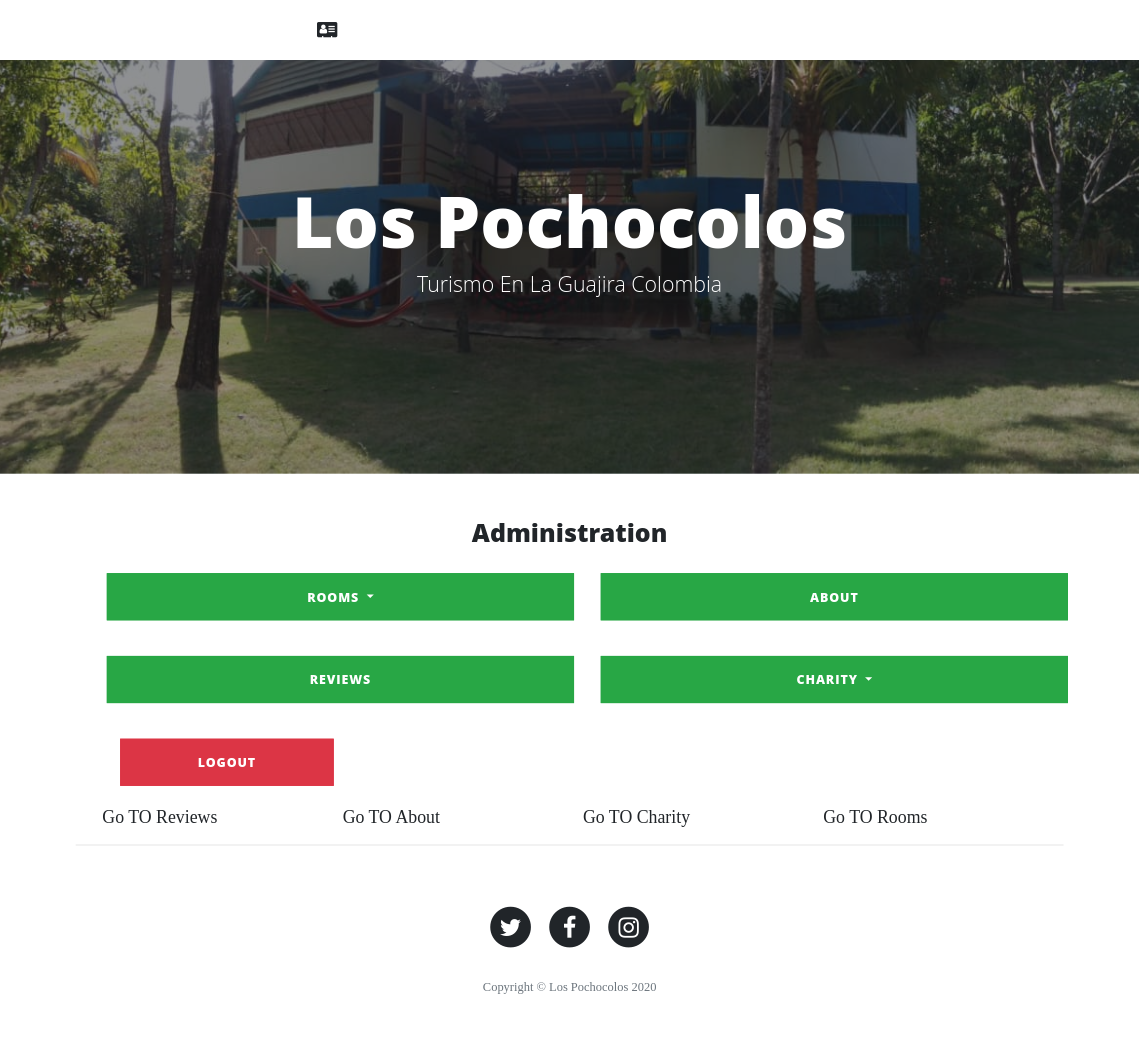
Repository: cachimiro/los-pochoclos
Page: http://localhost/admin
The author's editor kept a record of every edit. The page is drawn from the files as they stood at one moment, then again after the next edit.
The browser window is 1280 px wide. The pictures show the whole page, at 89% of full size.
Some web libraries are served in a nearby version. The page is served by the project's application, run on Flask 3 (run.py). Other server files are loaded and not shown.

Above is the page before.
Console error: ReferenceError: emailjs is not defined

### templates/admin.html
<style>
.btn-link{
  color: black !important;
  text-decoration: none !important;
  text-align: center!important;
}
.btn-link:hover{
  color: grey !important;
}
a{
  text-align: left!important;
}


.btn{
  width: 100% !important;
  margin:20px !important;
  text-align: center;
}
#dropdownMenuButton{
 width: 100%;
  margin:20px;
  text-align: center;
}
#style-bottom-links{
  text-decoration: none;
}
#style-bottom-links:hover{
  color: #20cad2;
}
h3{
  text-align: center;

}


</style>
{% extends 'base.html' %} {% block content %}
<h3> Administration </h3>
<div class="container">
  <div class="row">
    <div class="col-sm-12 col-md-6 col-lg-6">
      <div class="dropdown">
  <button class="btn btn-success dropdown-toggle text-wrap" type="button" id="dropdownMenuButton" data-toggle="dropdown" aria-haspopup="true" aria-expanded="false">
   Rooms
  </button>
  <div class="dropdown-menu" aria-labelledby="dropdownMenuButton">
    <a class="dropdown-item" href="{{ url_for('update_room_data') }}">Fan Rooms</a>
    <a class="dropdown-item" href="{{ url_for('update_room_ac') }}">A.C Rooms</a>
    <a class="dropdown-item" href="{{ url_for('update_room_cabin') }}">Cabin</a>
    <a class="dropdown-item" href="{{ url_for('update_room_camp') }}">Camping</a>
  </div>
</div>
    </div>
    <a href="{{ url_for('update_about_data') }}">
    <div class="col-sm-12 col-md-6 col-lg-6">
      <button type="button" class="btn btn-success text-wrap" >About</button>
      </a>
    </div>


     <a href="{{ url_for('Admin_update_reviews') }}">
    <div class="col-sm-12 col-md-6 col-lg-6">
      <button type="button" class="btn btn-success text-wrap" >Reviews</button>
      </a>
    </div>

     <div class="col-sm-12 col-md-6 col-lg-6">
      <div class="dropdown">
    <button class="btn btn-success dropdown-toggle text-wrap" type="button" id="dropdownMenuButton" data-toggle="dropdown" aria-haspopup="true" aria-expanded="false">
   Charity
  </button>
  <div class="dropdown-menu" aria-labelledby="dropdownMenuButton">
    <a class="dropdown-item" href="{{ url_for('update_charity_info') }}">Main title</a>
    <a class="dropdown-item" href="{{ url_for('update_charity_info_1') }}">Why we do it</a>
    <a class="dropdown-item" href="{{ url_for('update_charity_info_2') }}">How we do it section</a>
  </div>
</div>

  </div>
</div>
 <div class="col-sm-6 col-md-3 col-lg-3">
<a href="{{ url_for('logout') }}">
<button type="button" class="btn btn-danger text-wrap" id="centre" >Logout</button>
</a>
</div>
<div class="container">
  <div class="row">
    <div class="col-sm-6 col-md-3 col-lg-3 ">
      <a href="{{ url_for('get_reviews') }}" id="style-bottom-links">Go TO Reviews</a>
    </div>
     <div class="col-sm-6 col-md-3 col-lg-3">
      <a href="{{ url_for('about') }}"id="style-bottom-links">Go TO About</a>
    </div>
     <div class="col-sm-6 col-md-3 col-lg-3">
      <a href="{{ url_for('charity') }}"id="style-bottom-links">Go TO Charity</a>
    </div>
     <div class="col-sm-6 col-md-3 col-lg-3">
      <a href="{{ url_for('rooms') }}"id="style-bottom-links">Go TO Rooms</a>
    </div>
  </div>
</div>
{% for message in get_flashed_messages() %}
{{ message }}
{% endfor %}

{% endblock %}

### templates/base.html
<!DOCTYPE html>
<html lang="en">
<head>
    <meta charset="UTF-8">
    <meta name="viewport" content="width=device-width, initial-scale=1.0">
    <meta http-equiv="X-UA-Compatible" content="ie=edge">
    <link href="https://stackpath.bootstrapcdn.com/font-awesome/4.7.0/css/font-awesome.min.css" rel="stylesheet" integrity="sha384-wvfXpqpZZVQGK6TAh5PVlGOfQNHSoD2xbE+QkPxCAFlNEevoEH3Sl0sibVcOQVnN" crossorigin="anonymous">
    <link href="{{ url_for('static', filename='vendor/bootstrap/css/bootstrap.min.css') }}" rel="stylesheet">
    <link rel="stylesheet" href="{{ url_for('static', filename='css/clean-blog.min.css') }}" type="text/css" />
    <link rel="stylesheet" href="{{ url_for('static', filename='css/style.css') }}" type="text/css" />
    <title>Los Pochocolos</title>
    <script type="text/javascript" src="https://cdn.jsdelivr.net/npm/emailjs-com@2.3.2/dist/email.min.js"></script>
<script type="text/javascript" src="//ajax.googleapis.com/ajax/libs/jquery/2.1.1/jquery.min.js"></script>

<script type="text/javascript" src="https://cdn.jsdelivr.net/npm/emailjs-com@2.3.2/dist/email.min.js"></script>
<script type="text/javascript">
   (function(){
      emailjs.init("user_UmSeo27b55xmNHfUBgKB0");
   })();
</script>
</head>
<body>

    <!-- Navigation -->
    <nav class="navbar navbar-expand-lg navbar-light fixed-top" id="mainNav">
        <div class="container">
            <a class="navbar-brand" href="{{url_for('index') }}">Finca Los Pochocolos</a>
            <!--login for admin-->
            <a id="staff" href="{{url_for('log') }}" >
            <i class="fa fa-address-card"></i>
            </a>



            <button class="navbar-toggler navbar-toggler-right" type="button" data-toggle="collapse" data-target="#navbarResponsive" aria-controls="navbarResponsive" aria-expanded="false" aria-label="Toggle navigation">
          Menu
          <i class="fa fa-bars"></i>
        </button>
            <div class="collapse navbar-collapse" id="navbarResponsive">
                <ul class="navbar-nav ml-auto">
                    <li class="nav-item">
                        <a class="nav-link" href="{{ url_for('index') }}">Home</a>
                    </li>
                    <li class="nav-item">
                        <a class="nav-link" href="{{ url_for('rooms') }}">Rooms</a>
                    </li>
                    <li class="nav-item">
                        <a class="nav-link" href="{{ url_for('about') }}">About</a>
                    </li>
                    <li class="nav-item">
                        <a class="nav-link" href="{{ url_for('contact') }}">Contact</a>
                    </li>
                       <li class="nav-item">
                        <a class="nav-link" href="{{ url_for('charity') }}">Charity</a>
                    </li>
                </ul>
            </div>
        </div>
    </nav>

    <!-- Page Header -->
   <!--- <header class="masthead" style="background-image: url('https://berakatours.com/wp-content/uploads/2017/09/Avistamiento-Aves-Colombia.jpg')">----->
          <header class="masthead" style="background-image: url('../static/img/casa-pano.jpg')">
        <div class="overlay"></div>
        <div class="container">
            <div class="row">
                <div class="col-lg-8 col-md-10 mx-auto">
                    <div class="site-heading">
                         <h1>Los Pochocolos</h1>
                        <span class="subheading">Turismo En La Guajira Colombia</span>
                    </div>
                </div>
            </div>
        </div>
    </header>

    <!-- Main Content -->
    <div class="container">
        {% block content %} {% endblock %}
    </div>

    <hr>

    <!-- Footer -->
    <footer>
        <div class="container">
            <div class="row">
                <div class="col-lg-8 col-md-10 mx-auto">
                    <ul class="list-inline text-center">
                        <li class="list-inline-item">
                            <a href="#">
                                <span class="fa-stack fa-lg">
                    <i class="fa fa-circle fa-stack-2x"></i>
                    <i class="fa fa-twitter fa-stack-1x fa-inverse"></i>
                  </span>
                            </a>
                        </li>
                        <li class="list-inline-item">
                            <a href="#">
                                <span class="fa-stack fa-lg">
                    <i class="fa fa-circle fa-stack-2x"></i>
                    <i class="fa fa-facebook fa-stack-1x fa-inverse"></i>
                  </span>
                            </a>
                        </li>
                        <li class="list-inline-item">
                            <a href="#">
                                <span class="fa-stack fa-lg">
                    <i class="fa fa-circle fa-stack-2x"></i>
                    <i class="fa fa-instagram fa-stack-1x fa-inverse"></i>
                  </span>
                            </a>



                        </li>
                    </ul>
                    <p class="copyright text-muted">Copyright &copy; Los Pochocolos 2020</p>
                </div>
            </div>
        </div>
    </footer>

    <!-- Bootstrap core JavaScript -->
    <script src="{{ url_for('static', filename='vendor/jquery/jquery.min.js') }}"></script>
    <script src="{{ url_for('static', filename='vendor/bootstrap/js/bootstrap.bundle.min.js') }}"></script>

    <!-- Custom scripts for this template -->
    <script src="{{ url_for('static', filename='js/clean-blog.min.js') }}"></script>

    <!--my js code-->
     <script type="text/javascript" src="https://cdnjs.cloudflare.com/ajax/libs/jquery/3.4.1/jquery.min.js"></script>

     <script src="{{ url_for('static', filename='js/main.js') }}"></script>






</body>
</html>

### run.py
import os
import json
import click
from flask import Flask, render_template, request,redirect, flash, url_for, session
from flask_pymongo import PyMongo
from bson.objectid import ObjectId
from functools import wraps



app = Flask(__name__)
app.config["MONGO_DBNAME"] = 'reviews'
app.config["MONGO_URI"] = "mongodb+srv://root:Johann@myfirstcluster-ugp0n.mongodb.net/reviews?retryWrites=true&w=majority"

mongo = PyMongo(app)
app.secret_key = "cachimiro"



@app.route('/')
def index():
    return render_template("index.html")


# code to be ble to see reviews
@app.route('/view_reviews')
def get_reviews():
    return render_template("reviews.html", opinions=mongo.db.opinion.find())



        # TODO: write code...
# this line of code will allow costumesr to add reviews
@app.route('/add_review')
def add_review():
    return render_template('add-reviews.html')


@app.route('/add_review', methods=['POST'])
def insert_reviews():
    reviews = mongo.db.opinion
    reviews.insert_one(request.form.to_dict())
    return redirect(url_for('get_reviews'))

# code for conecting templates


@app.route('/about')
def about():
    data = []
    with open("data/company.json", "r") as json_data:
        data = json.load(json_data)
    return render_template("about.html",company=data, abouts=mongo.db.about.find())
# code to be able so the costumer can edit the about section

@app.route('/update_about')
def update_about_data():
    return render_template("admin-about.html", abouts=mongo.db.about.find())


@app.route('/update_about/<about_id>', methods=["POST"])
def update_about(about_id):
    about = mongo.db.about
    about.update( {'_id': ObjectId(about_id)},
    {
        'title':request.form.get('title'),
        'subject': request.form.get('subject'),

    })
    return redirect(url_for('Admin_update_reviews_and_more'))

@app.route('/about/<member_name>')
def about_member(member_name):
    member = {}

    with open("data/company.json", "r") as json_data:
        data = json.load(json_data)
        for obj in data:
            if obj["url"] == member_name:
                member = obj

    return render_template("member.html", member=member)




@app.route('/contact')
def contact():
 return render_template("contact.html", page_title="Contact",)


@app.route('/rooms')
def rooms():
   return render_template("rooms.html", page_title="Rooms",fans=mongo.db.fan.find(),acs=mongo.db.ac.find(),cabins=mongo.db.cabin.find(),camps=mongo.db.camp.find())


# to be able to update the rooms information
@app.route('/update_room')
def update_room_data():
    return render_template("admin-room.html", fans=mongo.db.fan.find())

@app.route('/update_rooms/<fan_id>', methods=["POST"])
def update_rooms(fan_id):
    fan = mongo.db.fan
    fan.update( {'_id': ObjectId(fan_id)},
    {
        'title':request.form.get('title'),
        'price':request.form.get('price'),
        'subject': request.form.get('subject'),

    })
    return redirect(url_for('Admin_update_reviews_and_more'))

@app.route('/update_room_ac')
def update_room_ac():
    return render_template("admin-ac.html", acs=mongo.db.ac.find())

@app.route('/update_rooms_ac/<ac_id>', methods=["POST"])
def update_rooms_ac(ac_id):
    ac = mongo.db.ac
    ac.update( {'_id': ObjectId(ac_id)},
    {
        'title':request.form.get('title'),
        'price':request.form.get('price'),
        'subject':request.form.get('subject'),

    })
    return redirect(url_for('Admin_update_reviews_and_more'))

@app.route('/update_room_cabin')
def update_room_cabin():
    return render_template("admin-cabin.html", cabins=mongo.db.cabin.find())

@app.route('/update_rooms_cabin/<cabin_id>', methods=["POST"])
def update_rooms_cabin(cabin_id):
    cabin = mongo.db.cabin
    cabin.update( {'_id': ObjectId(cabin_id)},
    {
        'title':request.form.get('title'),
        'price':request.form.get('price'),
        'subject':request.form.get('subject'),

    })
    return redirect(url_for('Admin_update_reviews_and_more'))

@app.route('/update_room_camp')
def update_room_camp():
    return render_template("admin-camp.html", camps=mongo.db.camp.find())

@app.route('/update_rooms_camp/<camp_id>', methods=["POST"])
def update_rooms_camp(camp_id):
    camp = mongo.db.camp
    camp.update( {'_id': ObjectId(camp_id)},
    {
        'title':request.form.get('title'),
        'price':request.form.get('price'),
        'subject':request.form.get('subject'),

    })
    return redirect(url_for('Admin_update_reviews_and_more'))
#  code so that the charity information can be diplayed and the the manager can update the information

@app.route('/charity')
def charity():
   return render_template("charity.html", page_title="charity",datas=mongo.db.data.find(), chas=mongo.db.data_cha.find(), chars=mongo.db.char.find())



@app.route('/update_charity')
def update_charity_info():
    return render_template("admin-charity.html", chars=mongo.db.char.find())


@app.route('/update_charity_info/<char_id>', methods=["POST"])
def update_charity(char_id):
    char = mongo.db.char
    char.update( {'_id': ObjectId(char_id)},
    {
        'title':request.form.get('title'),
        'title2':request.form.get('title2'),

    })
    return redirect(url_for('Admin_update_reviews_and_more'))

@app.route('/update_charity_1')
def update_charity_info_1():
    return render_template("admin-1.html",datas=mongo.db.data.find())


@app.route('/update_charity_info_1/<data_id>', methods=["POST"])
def update_charity_data(data_id):
    data = mongo.db.data
    data.update( {'_id': ObjectId(data_id)},
    {
        'title':request.form.get('title'),
        'subject':request.form.get('subject'),

    })
    return redirect(url_for('Admin_update_reviews_and_more'))

@app.route('/update_charity_2')
def update_charity_info_2():
    return render_template("admin-2.html",chas=mongo.db.data_cha.find())


@app.route('/update_charity_info_2/<cha_id>', methods=["POST"])
def update_charity_data_1(cha_id):
    data_cha = mongo.db.data_cha
    data_cha.update( {'_id': ObjectId(cha_id)},
    {
        'title':request.form.get('title'),
        'subject':request.form.get('subject'),

    })
    return redirect(url_for('Admin_update_reviews_and_more'))



@app.route('/admin')
def Admin_update_reviews_and_more():
   return render_template("admin.html")

# this line of code is for the managers to update their reviews and delete them
@app.route('/admin_reviews')
def Admin_update_reviews():
   return render_template("admin-reviews.html", opinions=mongo.db.opinion.find())


@app.route('/edit_review/<opinion_id>')
def edit_review(opinion_id):
    the_opinion =  mongo.db.opinion.find_one({"_id": ObjectId(opinion_id)})
    return render_template('update.html', opinion=the_opinion)


@app.route('/update_opinion/<opinion_id>', methods=["POST"])
def update_opinion(opinion_id):
    opinion = mongo.db.opinion
    opinion.update( {'_id': ObjectId(opinion_id)},
    {
        'name':request.form.get('name'),
        'surname':request.form.get('surname'),
        'Title': request.form.get('Title'),
        'Opinion': request.form.get('Opinion'),
        'how_would_you_improve_it':request.form.get('how_would_you_improve_it')
    })
    return redirect(url_for('Admin_update_reviews_and_more'))


@app.route('/delete_opinion/<opinion_id>')
def delete_opinion(opinion_id):
    mongo.db.opinion.remove({'_id': ObjectId(opinion_id)})
    return redirect(url_for('Admin_update_reviews_and_more'))



@app.route('/login')
def log():
    return render_template('login.html')

@app.route('/login', methods=['GET', 'POST'])
def login():
   error = None
   if request.method == 'POST':
       if request.form['username'] !='tiggy-curry' or request.form['password'] !='Antigone1':
           error = "invalid information please try again."
       else:
           session['logged_in'] = True
           flash('You are in! ')
           return render_template('admin.html')
       return render_template('login.html', error=error)


@app.route('/logout')
def logout():
    session.pop('logged_in', None)
    flash('You are logged out! ')
    return redirect(url_for('log'))


def login_required(f):
    @wraps(f)
    def wrap(*args, **kwargs):
        if 'logged_in' in session:
            return f(*args, **kwargs)
        else:
            flash('please Login!!')
            return redirect(url_for('log'))
    return wrap

if __name__ == '__main__':
    app.run(host=os.environ.get('IP'),
            port=int(os.environ.get('PORT')),
            debug=True)

### static/css/style.css
.col-md-5 img {
    width: 50%;
    height: 50%;
    margin-top: 30px;
    margin-bottom: 50px;

}

### static/js/main.js
function showMore(id) {
   var truncateReviews = document.getElementById(id+"_truncated");
  var fullReviews = document.getElementById(id+"_full");
  var show = document.getElementById(id+"_show");
document.getElementById(id+"_show");
 if (truncateReviews.style.display =="block") {
   fullReviews.style.display = "block";
   truncateReviews.style.display = "none";
   show.innerText = "Show Less";


 } else{
   truncateReviews.style.display ="block";
   fullReviews.style.display ="none";
   show.innerText = "show More";

 }

 }

 function showMores(ids) {
   var truncateReviewss = document.getElementById(ids+"_truncateded");
  var fullReviewss = document.getElementById(ids+"_fulls");
  var shows = document.getElementById(ids+"_shows");
document.getElementById(ids+"_show");
 if (truncateReviewss.style.display =="block") {
   fullReviewss.style.display = "block";
   truncateReviewss.style.display = "none";
   shows.innerText = "show less";


 } else{
   truncateReviewss.style.display ="block";
   fullReviewss.style.display ="none";
   shows.innerText = "show More";

 }

 }

Loaded but not shown: static/css/clean-blog.min.css (library); static/js/clean-blog.min.js (common file)

After the next edit:
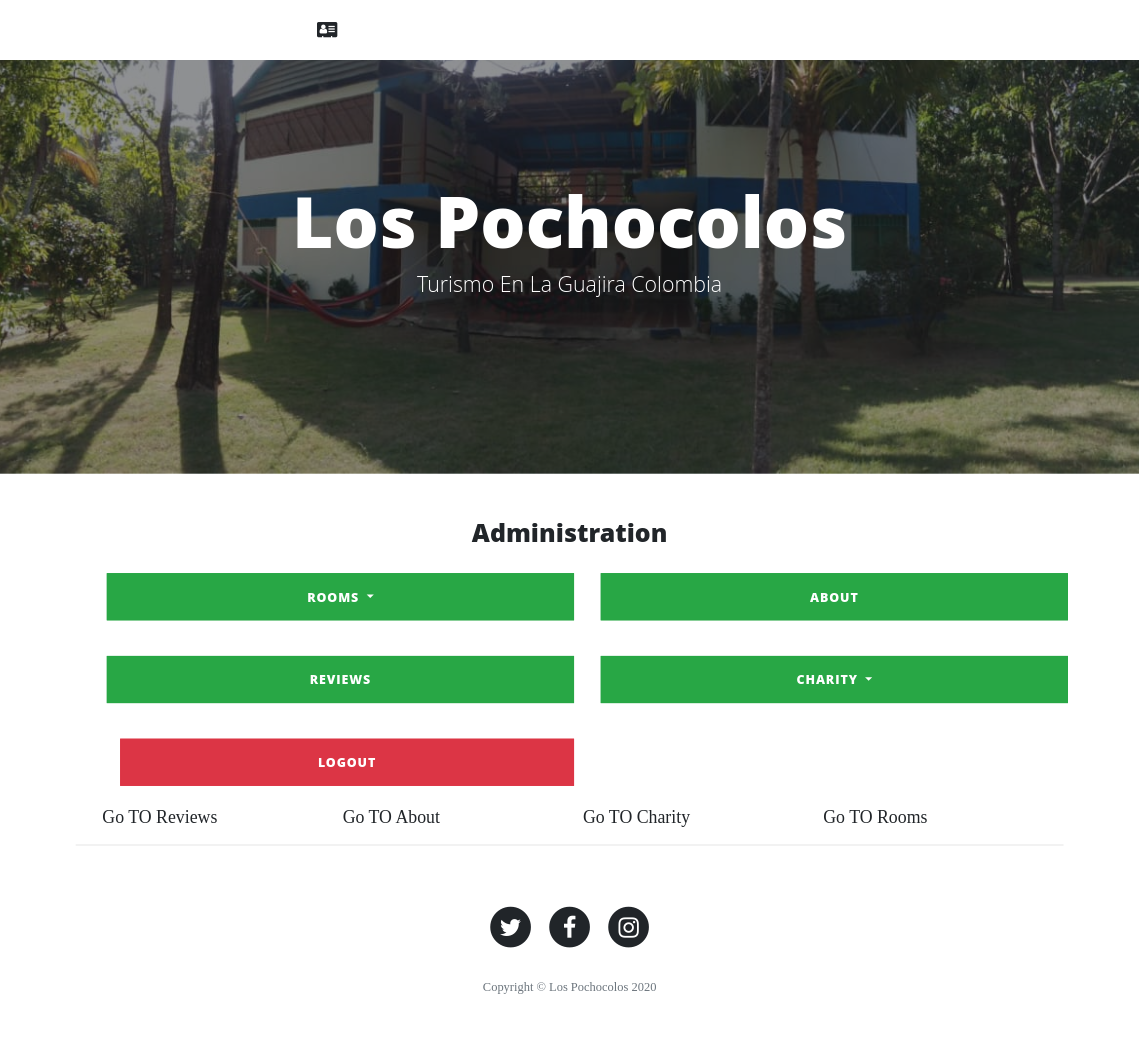
The edit:
--- a/templates/admin.html
+++ b/templates/admin.html
@@ -79,7 +79,7 @@
 
   </div>
 </div>
- <div class="col-sm-6 col-md-3 col-lg-3">
+ <div class="col-sm-12 col-md-6 col-lg-6">
 <a href="{{ url_for('logout') }}">
 <button type="button" class="btn btn-danger text-wrap" id="centre" >Logout</button>
 </a>
